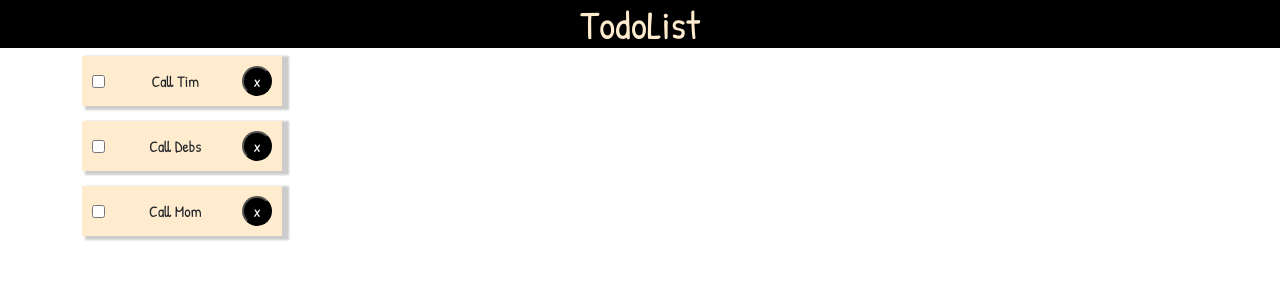
Repository: latenightsnacc/React-Projects
Page: /about (app in todolist/)
These files come from the project's save history. The page is drawn as it stood at one moment and after the next save; the edit follows.
The browser window is 1280 px wide. The pictures show the whole page.
The project was rebuilt for these pictures with package versions that can differ from the ones it lists, and the page was loaded fresh each time.

Above is the page before, as saved 2020-07-02 12:30:56.

### todolist/public/index.html
<!DOCTYPE html>
<html lang="en">
  <head>
    <meta charset="utf-8" />
    <link rel="icon" href="%PUBLIC_URL%/favicon.ico" />
    <meta name="viewport" content="width=device-width, initial-scale=1" />
    <meta name="theme-color" content="#000000" />
    <meta
      name="description"
      content="Web site created using create-react-app"
    />
    <link rel="apple-touch-icon" href="%PUBLIC_URL%/logo192.png" />
    <link rel="stylesheet" href="https://stackpath.bootstrapcdn.com/bootstrap/4.5.0/css/bootstrap.min.css" integrity="sha384-9aIt2nRpC12Uk9gS9baDl411NQApFmC26EwAOH8WgZl5MYYxFfc+NcPb1dKGj7Sk" crossorigin="anonymous">
    <link rel="manifest" href="%PUBLIC_URL%/manifest.json" />
    <link href="https://fonts.googleapis.com/css2?family=Patrick+Hand&display=swap" rel="stylesheet">
    <title>React App</title>
  </head>
  <body>
    <noscript>You need to enable JavaScript to run this app.</noscript>
    <div id="root"></div>
    <!--
      This HTML file is a template.
      If you open it directly in the browser, you will see an empty page.

      You can add webfonts, meta tags, or analytics to this file.
      The build step will place the bundled scripts into the <body> tag.

      To begin the development, run `npm start` or `yarn start`.
      To create a production bundle, use `npm run build` or `yarn build`.
    -->
  </body>
</html>

### todolist/src/App.js
import React, {Component} from 'react';
import TodoList from './components/TodoList';
import Header from './components/layout/Header'
import './styles/App.scss';

class App extends Component  {
  constructor(props){
    super(props);
    this.state = {
      todos: [
        {
          id: 1,
          title: 'Call Tim',
          completed: false
        },
        {
          id: 2,
          title: 'Call Debs',
          completed: false
        },
        {
          id: 3,
          title: 'Call Mom',
          completed: false
        }
      ]
    }

  }

  // Toggle Complete
  markComplete = (id) => {
    this.setState({
      todos: this.state.todos.map(task => {
        if(task.id === id){
          task.completed = !task.completed
        }
        return task;
      })
    })
  }

  // Delete Task
  deleteTask = (id) => {
    this.setState({
      todos: [...this.state.todos.filter(
        task => task.id !== id
      )]
    })
  }

  render() {
    return (
      <div className="App">
        <Header />
        <TodoList tasks= {this.state.todos} markComplete={this.markComplete} deleteTask= {this.deleteTask} />
      </div>
    );
  }

}

export default App;

### todolist/src/components/TodoList.js
import React, { Component } from 'react';
import PropTypes from 'prop-types';
import TodoItem from './TodoItem';

class TodoList extends Component {
    render() {
        return (
            <>
                <div style={todoList}>
                    {
                        this.props.tasks.map(task => {
                            return <TodoItem key={task.id} task= {task} markComplete={this.props.markComplete} deleteTask= {this.props.deleteTask} />
                        })
                    }
                </div>
            </>
        )
    }
}

const todoList = {
    display: 'flex',
    width: '100%',
    alignItems: 'center',
    flexDirection: 'column'
}
// PropTypes
TodoList.propTypes = {
    tasks: PropTypes.array.isRequired
}
export default TodoList;

### todolist/src/components/layout/Header.js
import React from 'react'

function Header() {
    return (
        <div style={headerStyle}>
           <h1>TodoList</h1>
        </div>
    )
}

const headerStyle = {
    background: 'black',
    color: '#ffebcd',
    textAlign: 'center',
    lineHeight: '1.4'
}

export default Header;

### todolist/src/styles/App.scss
@import "~bootstrap/scss/bootstrap";
@import url('https://fonts.googleapis.com/css2?family=Patrick+Hand&display=swap');

* {
    margin: 0;
    padding: 0;
    font-family: 'Patrick Hand', cursive;
}

### todolist/src/components/TodoItem.js
import React, { Component } from 'react';
import PropTypes from 'prop-types';

class TodoItem extends Component {
    getStyle = () => {
        return {
            background: '#ffebcd',
            width: '200px',
            padding: '10px',
            display: 'flex',
            alignItems: 'center',
            justifyContent: 'space-between',
            marginBottom: '15px',
            boxShadow: '5px 2px 2px 2px #cccccc',
            textDecoration: this.props.task.completed ?
            'line-through'
            :'none'
        }
    }

    render() {
        const { id, title } = this.props.task;
        return (
            <>
                <div className="container">
                    <div style={this.getStyle()}>
                        <input type="checkbox" onChange={this.props.markComplete.bind(this, id)} /> &nbsp;
                        {title}
                        <button style={btn} onClick={this.props.deleteTask.bind(this, id)}>x</button>
                    </div>

                </div>


            </>
        )
    }
}
const btn = {
    float: 'right',
    background: 'black',
    height: '30px',
    width: '30px',
    borderRadius: '50%',
    textAlign: 'center',
    color: 'white',
    outline: 'none'
}
// PropTypes
TodoItem.propTypes = {
    task: PropTypes.object.isRequired
}
export default TodoItem

Loaded but not shown: todolist/src/index.js (common file)

After the next save:
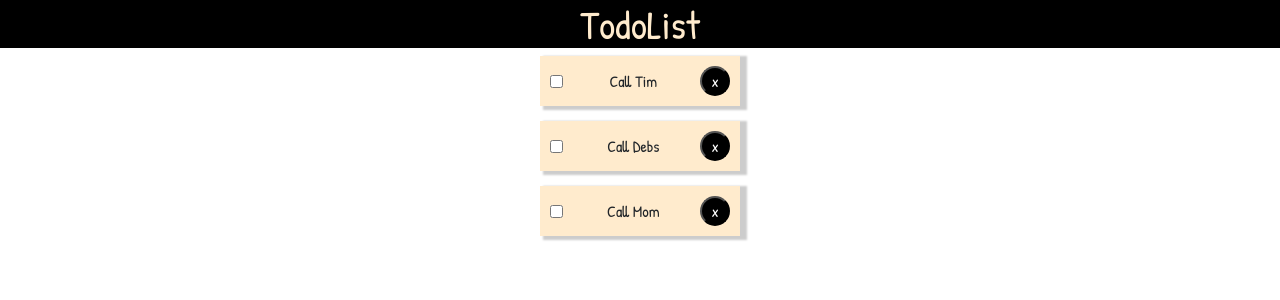
Saved 20 s later.
--- a/todolist/src/components/TodoItem.js
+++ b/todolist/src/components/TodoItem.js
@@ -22,12 +22,13 @@ class TodoItem extends Component {
         const { id, title } = this.props.task;
         return (
             <>
-                <div className="container">
-                    <div style={this.getStyle()}>
+            <div style={this.getStyle()}>
                         <input type="checkbox" onChange={this.props.markComplete.bind(this, id)} /> &nbsp;
                         {title}
                         <button style={btn} onClick={this.props.deleteTask.bind(this, id)}>x</button>
                     </div>
+                <div className="container">
+
 
                 </div>
 
